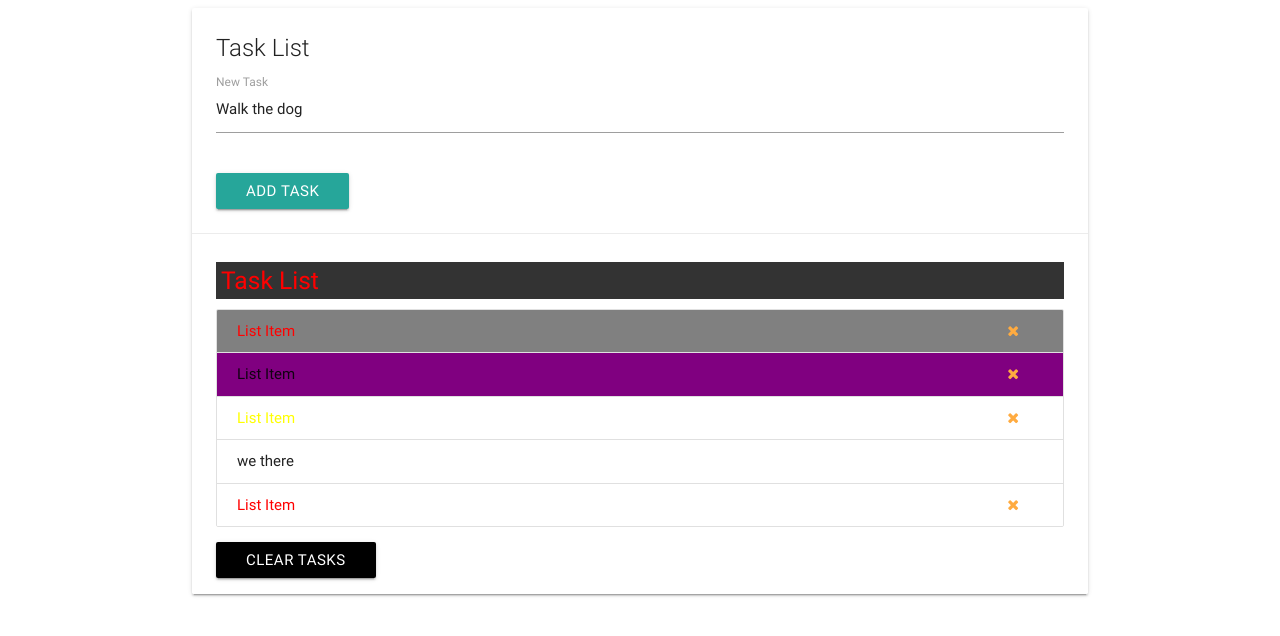
Repository: brianokanga/modern-javascript
Page: Section 3/index.html
The author's editor kept a copy of each file at every save. The page is drawn from the files as they stood at one save, then again after the next save.
The browser window is 1280 px wide. The pictures show the whole page.
Some web libraries are served in a nearby version.

Above is the page before, as saved 2020-04-03 02:25:32.

After the next save:
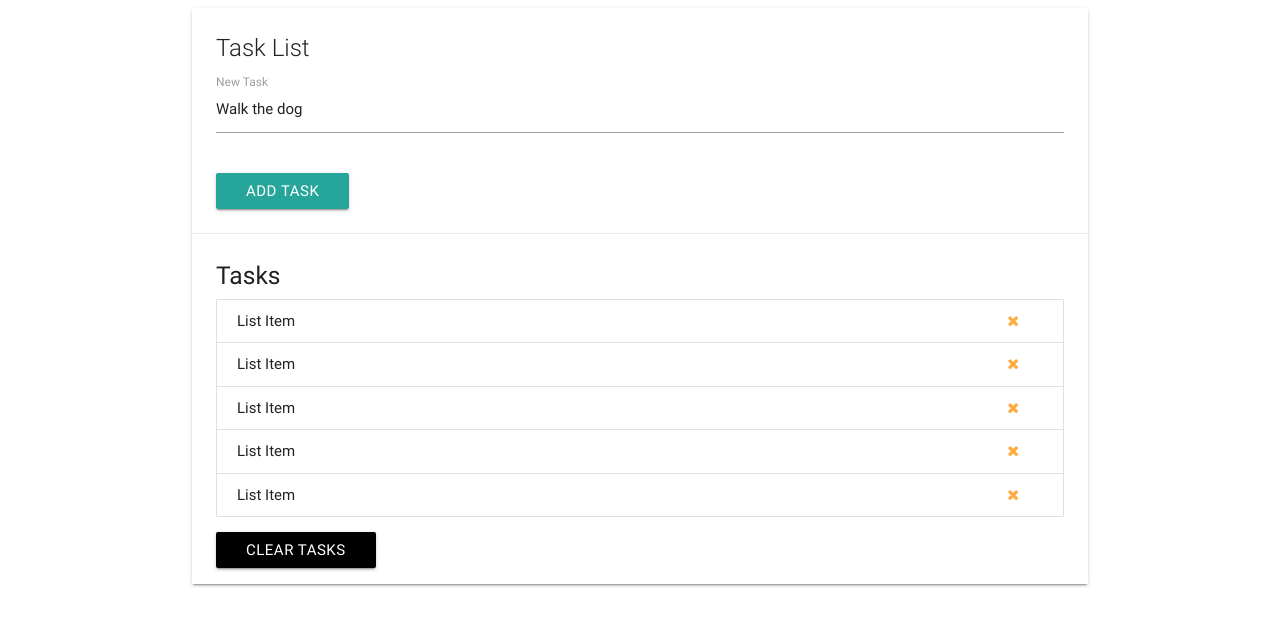
Console error: SyntaxError: Unexpected identifier 'items'
Saved 5 min 57 s later.
--- a/Section 3/app.js
+++ b/Section 3/app.js
@@ -69,3 +69,6 @@ document.querySelector('li:nth-child(3)').style.color = 'yellow';
 document.querySelector('li:nth-child(4)').textContent = 'we there';
 document.querySelector('li:nth-child(odd)').style.background = 'gray';
 document.querySelector('li:nth-child(even)').style.background = 'purple';
+
+//documents.getElementsByClassName
+cons items = document.getElementsByClassName('collection-item');

After the save that followed:
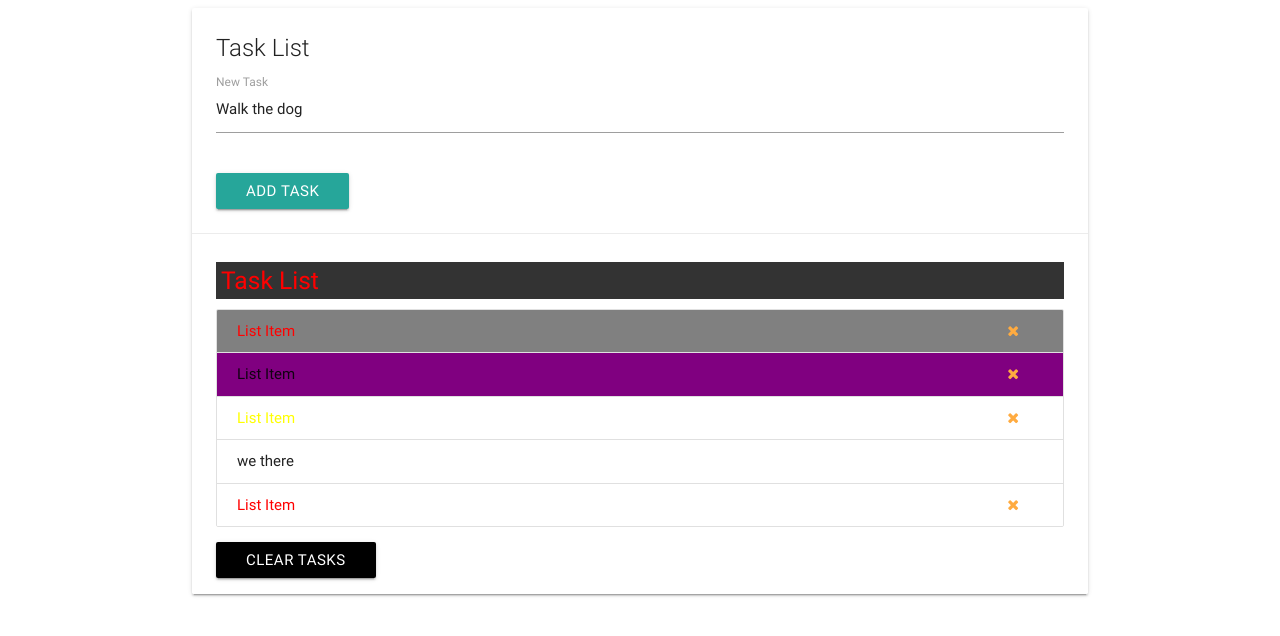
The error is gone.
Saved 9 s later.
--- a/Section 3/app.js
+++ b/Section 3/app.js
@@ -71,4 +71,4 @@ document.querySelector('li:nth-child(odd)').style.background = 'gray';
 document.querySelector('li:nth-child(even)').style.background = 'purple';
 
 //documents.getElementsByClassName
-cons items = document.getElementsByClassName('collection-item');
+const items = document.getElementsByClassName('collection-item');
